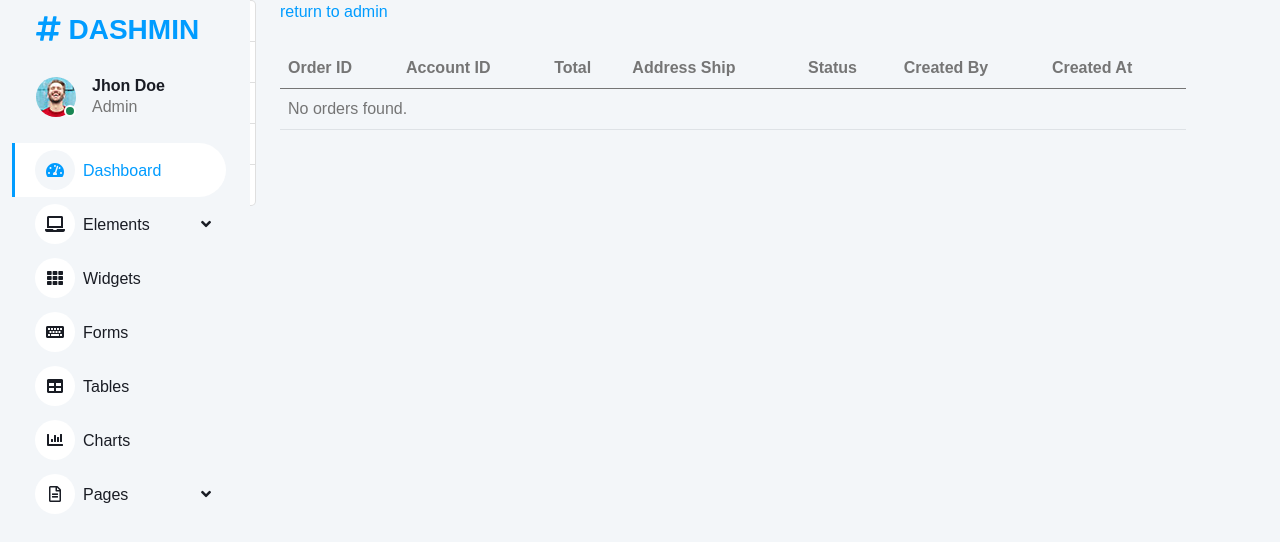
Repository: beovan/php1_ASM
Page: http://localhost/admin/order.php
The author's editor kept a copy of each file at every save. The page is drawn from the files as they stood at one save, then again after a run of saves.
The browser window is 1280 px wide. The pictures show the whole page.
Some web fonts or font styles are not loaded; a fallback is used. Some web libraries are served in a nearby version. The page is run by PHP 8.4 with error messages shown; the project is at /var/www/html/. The session is filled in as if someone had signed in: {"account_id": 1}. Queries for data that is not in the repository find no rows.

Above is the page before, as saved 2023-08-09 22:25:38.

After the next 2 saves:
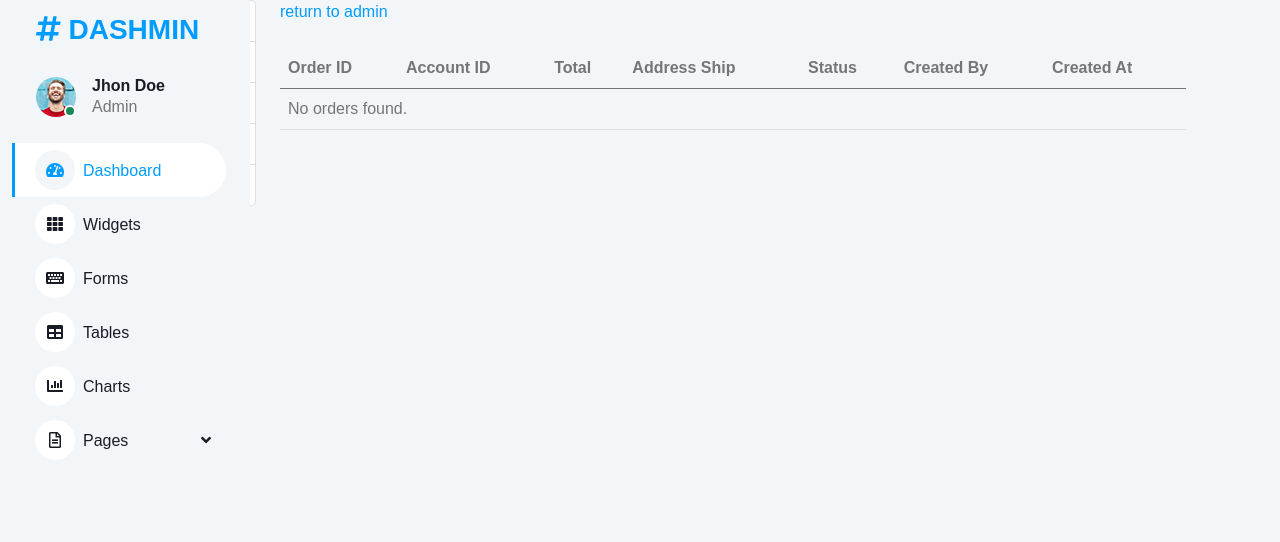
The 2 saves are shown as one change because they came seconds apart.
The last was saved 100 s later.
--- a/admin/layout/nav.php
+++ b/admin/layout/nav.php
@@ -15,14 +15,7 @@
                 </div>
                 <div class="navbar-nav w-100">
                     <a href="index.html" class="nav-item nav-link active"><i class="fa fa-tachometer-alt me-2"></i>Dashboard</a>
-                    <div class="nav-item dropdown">
-                        <a href="#" class="nav-link dropdown-toggle" data-bs-toggle="dropdown"><i class="fa fa-laptop me-2"></i>Elements</a>
-                        <div class="dropdown-menu bg-transparent border-0">
-                            <a href="button.html" class="dropdown-item">Buttons</a>
-                            <a href="typography.html" class="dropdown-item">Typography</a>
-                            <a href="element.html" class="dropdown-item">Other Elements</a>
-                        </div>
-                    </div>
+
                     <a href="widget.html" class="nav-item nav-link"><i class="fa fa-th me-2"></i>Widgets</a>
                     <a href="form.html" class="nav-item nav-link"><i class="fa fa-keyboard me-2"></i>Forms</a>
                     <a href="table.html" class="nav-item nav-link"><i class="fa fa-table me-2"></i>Tables</a>
